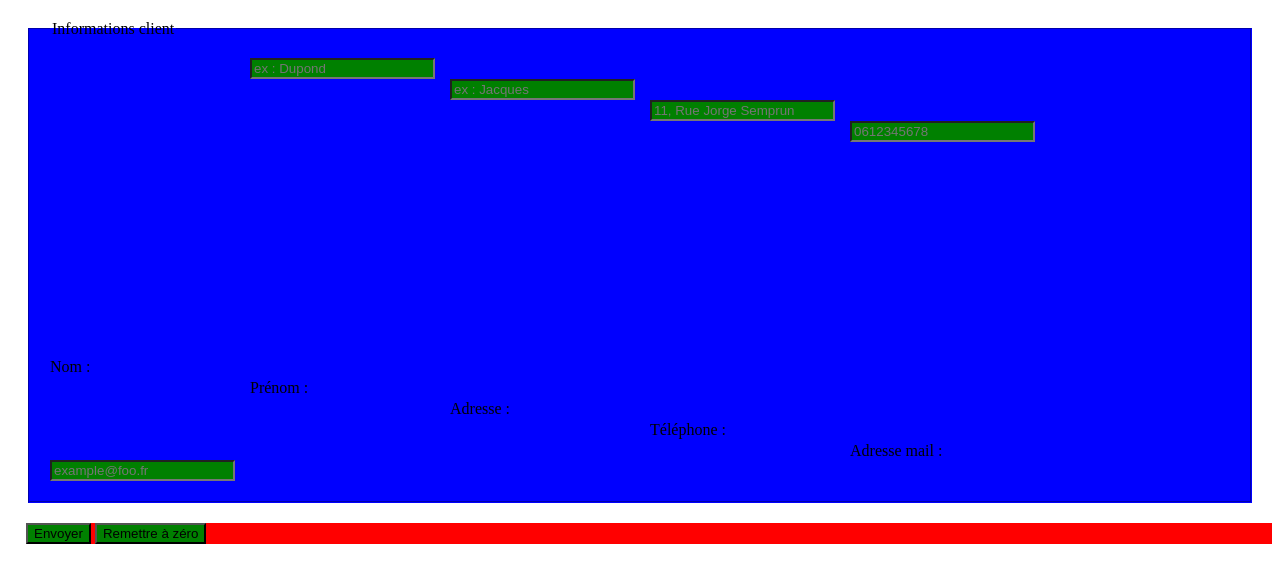
Repository: big73/NFE114
Page: http://localhost/Seance4-step1/
An editor plug-in stored every save of this project. The page is shown before and after the next save, followed by the edit.
The browser window is 1280 px wide. The pictures show the whole page.
The page is served by Tomcat 9.

Above is the page before, as saved 2015-12-30 14:55:51.

After the next save:
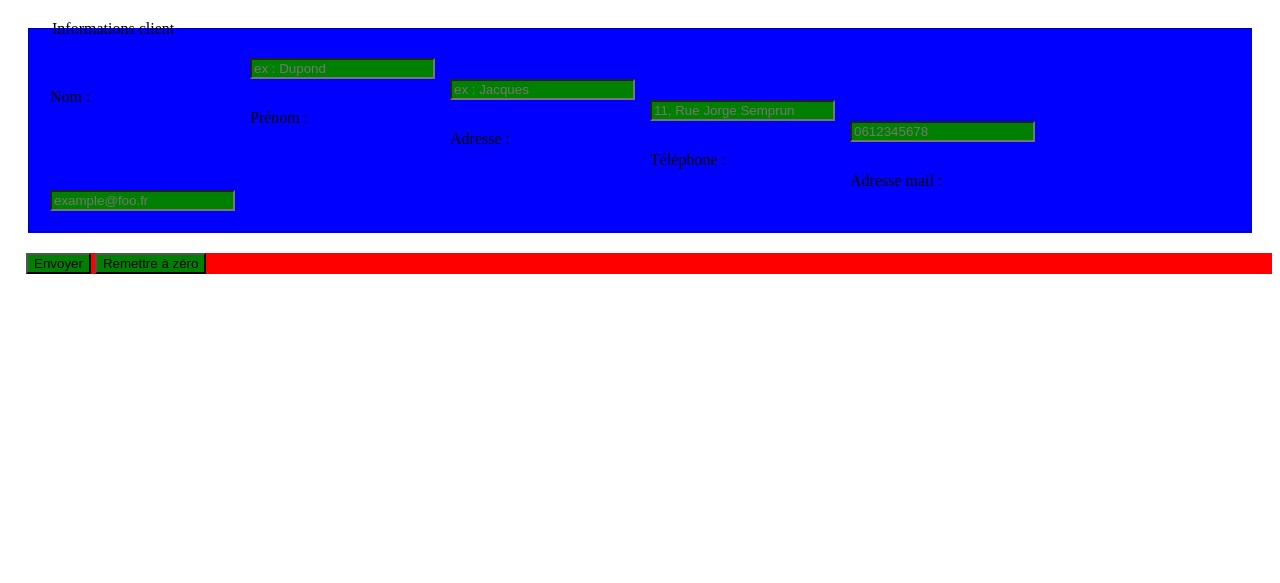
Saved 7 s later.
--- a/Seance4-step1/WebContent/css/style.css
+++ b/Seance4-step1/WebContent/css/style.css
@@ -23,6 +23,6 @@ form label {
 
     width: 200px;
 
-    margin: 300px 0px 0px 0px;
+    margin: 30px 0px 0px 0px;
 
 }
